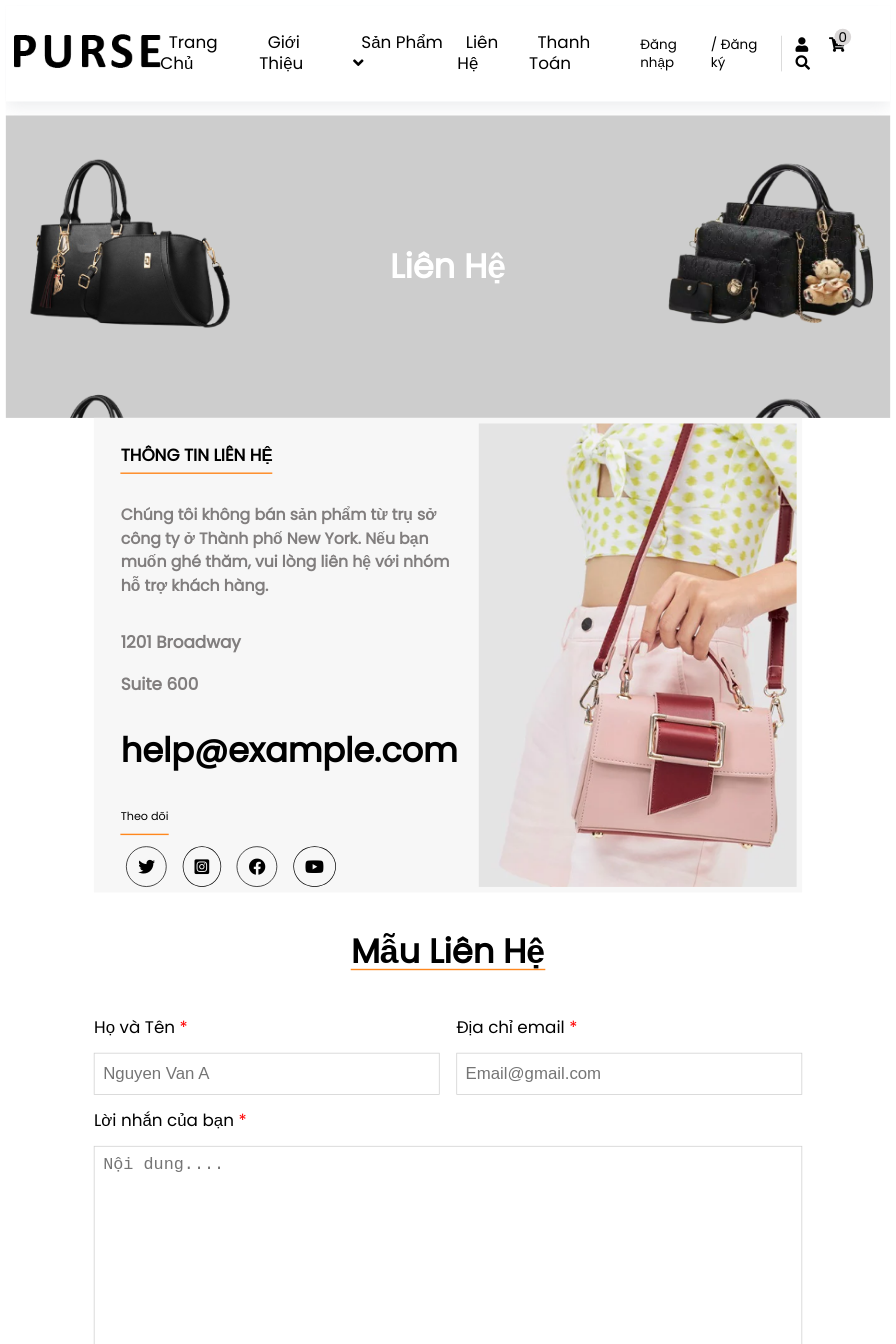
Repository: minh352623/project_firebase
Page: contact.html
An editor plug-in stored every save of this project. The page is shown before and after the next save, followed by the edit.
The browser window is 1280 px wide. The pictures show the part of the page from y = 0 to 1920 px (the page is 2960 px tall before and 2910 px after), at 70% of full size.
Some web libraries are served in a nearby version.

Above is the page before, as saved 2022-05-12 20:14:17.

### contact.html
<!DOCTYPE html>
<html lang="en">

<head>
  <meta charset="UTF-8" />
  <meta http-equiv="X-UA-Compatible" content="IE=edge" />
  <meta name="viewport" content="width=device-width, initial-scale=1.0" />
  <link rel="icon" href="./assets/img/logo.webp">

  <link rel="stylesheet" href="https://cdnjs.cloudflare.com/ajax/libs/font-awesome/5.15.4/css/all.min.css"
    integrity="sha512-1ycn6IcaQQ40/MKBW2W4Rhis/DbILU74C1vSrLJxCq57o941Ym01SwNsOMqvEBFlcgUa6xLiPY/NS5R+E6ztJQ=="
    crossorigin="anonymous" referrerpolicy="no-referrer" />
  <link rel="preconnect" href="https://fonts.googleapis.com" />
  <link rel="preconnect" href="https://fonts.gstatic.com" crossorigin />
  <link href="https://fonts.googleapis.com/css2?family=Poppins&display=swap" rel="stylesheet" />
  <link rel="stylesheet" href="./assets/css/base.css" />
  <link rel="stylesheet" type="text/css" href="https://cdn.jsdelivr.net/npm/slick-carousel@1.8.1/slick/slick.css" />
  <link rel="stylesheet" href="./assets/css/main.css" />
  <link rel="stylesheet" href="./assets/css/contact.css">
  <link rel="stylesheet" href="./assets/css/reponsive.css">

  <title>Liên Hệ</title>
</head>

<body>
  <div class="app">
    <div class="header">
      <div class="navbar">
        <div class="icon-mobile-menu">
          <i class="fas fa-align-left"></i>
        </div>
        <div class="navbar-logo">
          <a href="#">
            <img src="./assets/img/logo.webp" alt="" />
          </a>
        </div>
        <div class="navbar-link ">
          <ul class="navbar-link-list">
            <li class="navbar-link-item mobile-hello"></li>

            <li><a href="trangchu.html" class="navbar-link-item">Trang Chủ</a></li>
            <li><a href="introduce.html" class="navbar-link-item">Giới Thiệu</a></li>
            <li class="link-hover">
              <a href="./product.html" class="navbar-link-item">Sản Phẩm<i class="fas fa-angle-down"></i></a>
              <ul class="product-selsect">
                <li><a href="">Yêu Thích</a></li>
                <li><a href="">Giảm Giá</a></li>
              </ul>
            </li>
            <li><a href="contact.html" class="navbar-link-item">Liên Hệ</a></li>
            <li><a href="" class="navbar-link-item">Thanh Toán</a></li>
            <li><a href="./register.html" class="navbar-link-item delete-log mobile-register">Đăng ký</a></li>
            <li><a href="./index.html" class="navbar-link-item delete-log mobile-login">Đăng nhập</a></li>
            <li><a href="./index.html" class="navbar-link-item mobile-exit">Thoát</a></li>
          </ul>
        </div>

        <div class="navbar-icon">
          <div class="navbar-log">
            <div class="log-in">
              <span>
                <a class="log-in-icon" href="./index.html">
                  Đăng nhập
                </a>
              </span>
            </div>
            <div class="register">
              <span class="register-char">/</span>
              <span><a class="register-icon" href="./register.html">Đăng ký</a></span>
            </div>
          </div>
          <div class="hello ">
            <span>Chào!</span>
            <span class="name-user "></span>
            <span >|</span>
            <a href="./index.html" class="exit">Thoát</a>
          </div>
          <div class="navbar-icon-list">
            <a href="./user.html " class="navbar-icon-item user-icon">
              <i class="fas fa-user"></i>
            </a>
            <span class="navbar-icon-item cart">
              <i class="fas fa-cart-plus"></i>
              <span class="quantity-item">0</span>

            </span>
            <span class="navbar-icon-item search">
              <i class="fas fa-search"></i>
            </span>
          </div>
        </div>
      </div>
    </div>

    <div class="main">
      <div class="contact-banner">
        <h2 class="contact-title">
          Liên Hệ
        </h2>
        <div class="contact-link none">
          <span>Trang chủ</span>
          <span>></span>
          <span>Liên hệ</span>

        </div>
      </div>
      <div class="contact-container">
        <div class="contact-top">
          <div class="contact-top__layout">
            <div class="contact-info">
              <h2 class="contact-info-border">THÔNG TIN LIÊN HỆ</h2>
              <p class="contact-content">Chúng tôi không bán sản phẩm từ trụ sở công ty
                ở Thành phố New York. Nếu bạn muốn ghé thăm, vui lòng liên hệ với nhóm hỗ trợ khách hàng.</p>
              <div>

                <p>1201 Broadway</p>
                <p> Suite 600</p>
              </div>
              <h2 class="contact-email">help@example.com</h2>
              <p class="contact-info-border">Theo dõi</p>

              <div class="contact-info__icon">
                <span class="contact-info__icon-tw">
                  <i class="fab fa-twitter"></i>
                </span>
                <span class="contact-info__icon-insta">
                  <i class="fab fa-instagram-square"></i>
                </span>
                <span class="contact-info__icon-face">
                  <i class="fab fa-facebook"></i>
                </span>
                <span class="contact-info__icon-youtube">
                  <i class="fab fa-youtube"></i>
                </span>
              </div>


            </div>
            <div class="contact-images ">
              <img src="./assets/img/contact/contact-bn2.png" alt="">
            </div>
          </div>

        </div>
        <div class="contact-form">
          <h1>Mẫu Liên Hệ</h1>
          <form class="contact-form-content">
            <div class="contact-form-content-top">
              <div class="contact-form-content-left">
                <div class="contact-form-content-item">
                  <p>Họ và Tên</p>
                  <span>*</span>
                </div>
                <input required type="text" placeholder="Nguyen Van A">
              </div>
              <div class="contact-form-content-right">
                <div class="contact-form-content-item">
                  <p>Địa chỉ email</p>
                  <span>*</span>
                </div>
                <input required type="email" placeholder="Email@gmail.com">
              </div>
            </div>
            <div class="contact-form-content-bot">
              <div class="contact-form-content-item">
                <p>Lời nhắn của bạn</p>
                <span>*</span>
              </div>
              <textarea required name="" id="" cols="50" rows="15" placeholder="Nội dung...."></textarea>
            </div>
            <div class="contact-form-content-btn">
              <button type="submit">GỬI</button>
            </div>

          </form>
        </div>

      </div>
      <div class="contact-instagram">
        <div class="contact-instagram-list">
          <div class="contact-instagram-list-item">
            <img src="./assets/img/contact/instagram1.webp" alt="">
            <div class="contact-instagram-list-item-hover">
              <i class="fab fa-instagram"></i>
            </div>
          </div>
          <div class="contact-instagram-list-item">
            <img src="./assets/img/contact/instagram2.webp" alt="">
            <div class="contact-instagram-list-item-hover">
              <i class="fab fa-instagram"></i>
            </div>
          </div>
          <div class="contact-instagram-list-item">
            <img src="./assets/img/contact/instagram3.webp" alt="">
            <div class="contact-instagram-list-item-hover">
              <i class="fab fa-instagram"></i>
            </div>
          </div>
          <div class="contact-instagram-list-item">
            <img src="./assets/img/contact/instagram4.webp" alt="">
            <div class="contact-instagram-list-item-hover">
              <i class="fab fa-instagram"></i>
            </div>
          </div>
          <div class="contact-instagram-list-item">
            <img src="./assets/img/contact/instagram5.webp" alt="">
            <div class="contact-instagram-list-item-hover">
              <i class="fab fa-instagram"></i>
            </div>
          </div>
          <div class="contact-instagram-list-item">
            <img src="./assets/img/contact/instagram6.webp" alt="">
            <div class="contact-instagram-list-item-hover">
              <i class="fab fa-instagram"></i>
            </div>
          </div>
          <div class="contact-instagram-list-item">
            <img src="./assets/img/contact/instagram7.webp" alt="">
            <div class="contact-instagram-list-item-hover">
              <i class="fab fa-instagram"></i>
            </div>
          </div>



        </div>


      </div>

    </div>

    <div class="footer">
      <div class="footer-content">
        <div class="footer-content-item">
          <div class="footer-content-img">
            <img src="./assets/img/logo.webp" alt="">
          </div>
          <p>Đơn giản tinh tế cho tâm trí độc lập</p>
          <div class="footer-content-icon">
            <a href="#"><i class="fab fa-twitter"></i></a>
            <a href="#"><i class="fab fa-facebook"></i></a>

            <a href="#"><i class="fab fa-instagram-square"></i></a>

          </div>
        </div>
        <div class="footer-content-item">
          <div class="footer-content-item-title">
            <span>Trợ Giúp & Thông Tin</span>
            <ul class="footer-content-item-list">
              <li>Hướng dẫn mua hàng</li>
              <li>Hướng dẫn thanh toán</li>
              <li>Chính sách bảo hành</li>
              <li>Chính sách đổi trả</li>
              <li>Tư vấn khách hàng</li>
            </ul>
          </div>
        </div>
        <div class="footer-content-item">
          <div class="footer-content-item-title">
            <span>Về Chúng Tôi</span>
            <ul class="footer-content-item-list">
              <li>Giới thiệu</li>
              <li>Tin khuyến mãi</li>
              <li>Liên hệ</li>
              <li>Địa chỉ cửa hàng</li>
              <li>Chính sách bảo mật </li>
            </ul>
          </div>
        </div>
        <div class="footer-content-item">
          <div class="footer-content-item-title">
            <span>Hỗ trợ khách hàng</span>
            <ul class="footer-content-item-list">
              <li>Tài khoản</li>
              <li>Giỏ hàng</li>
              <li>Thanh toán</li>
              <li>Kiểm tra đơn hàng</li>
              <li>Cảm nhận khách hàng</li>
            </ul>
          </div>
        </div>

      </div>



    </div>
  </div>
  <div class="model-cart ">
    <div class="cart-container">
      <div class="cart-top">
        <div class="clear cart-top-close">
          <i class="fas fa-times"></i>
        </div>
        <div class="cart-top-title">
          <span>Giỏ Hàng</span>
        </div>
        <div class="cart-top-quantity">
          <span>1</span>
        </div>

      </div>

      <div class="array-empty"></div>
      <div class="cart-center">
      </div>

      <div class="cart-bottom">
        <div class="cart-bottom-price">
          <span>Tổng tiền:</span>
          <span class="total-price">0</span>
        </div>

        <div class="cart-bottom-btn">
          <a href="#"> <button>Xem giỏ hàng</button></a>
          <a href="#"> <button>Thanh toán</button></a>

        </div>
      </div>
    </div>

  </div>

  <script type="text/javascript" src="https://code.jquery.com/jquery-1.11.0.min.js"></script>
  <script type="text/javascript" src="https://code.jquery.com/jquery-migrate-1.2.1.min.js"></script>
  <script type="text/javascript" src="https://cdn.jsdelivr.net/npm/slick-carousel@1.8.1/slick/slick.min.js"></script>
  <script src="./js/slick.js"></script>
  <script src="./js/main.js" type="module"></script>
  <script src="./js/user.js"></script>

</body>

</html>

### assets/css/base.css
:root{
    --background-main:#e4e4e4;
    --hover-color:#ff871d ;
    --white-color:#fff;
    --text-color: #000;

}

*{
    box-sizing:  border-box;
}

html{
    /* 16px */
    font-size: 100%;
    line-height: 1.6rem;
    font-family: 'Poppins', sans-serif;
    scroll-behavior: smooth;
}

### assets/css/main.css

.app {
    overflow: hidden;
}
/* HEADER */
.header{
    left: 0;
    right: 0;
    top: 0;
    z-index: 999;
}

.navbar{
    display: flex;
    justify-content: space-between;
    align-items: center;
    background-color: var(--white-color);
    padding: 24px 12px;
    box-shadow: rgba(149, 157, 165, 0.2) 0px 8px 24px;
}
.navbar-logo a{
 text-decoration: none;
}
.navbar-link-list{
    display: flex;
    align-items: center;
    padding-left: 0;
    list-style: none;
}
.navbar-link-item{
    text-decoration: none;
    padding: 8px 12px;
    font-size: 1.5rem;
    color: var(--text-color);
}
.navbar-icon{
    display: flex;
    align-items: center;
    font-size: 1.3rem;
    color: var(--text-color);

}

.navbar-log{
    display: flex;
    align-items: center;
    font-size: 1.2rem;
    border-right: 1px solid #ccc;
    padding-right: 12px;
    color: var(--text-color);


}
.log-out-char{
    margin: 0 4px;
}

.log-in-icon,
.register-icon{
    text-decoration: none;
    color: var(--text-color);

}
.navbar-icon-list{
    margin-left: 12px;
}
.navbar-icon-item{
    padding: 0 8px;
}

.navbar-link-item:hover,
.register-icon:hover,
.log-in-icon:hover,
.navbar-icon-item:hover{
    color: var(--hover-color);
}

.link-hover{
    position: relative;
}
.link-hover:hover .product-selsect{
    display: block;
    z-index: 1;
}
.product-selsect{
    position: absolute;
    background-color: var(--white-color);
    box-shadow: rgba(149, 157, 165, 0.2) 0px 8px 24px;
    padding: 12px;
    width: 200px;
    list-style: none;
    cursor: pointer;
    display: none;
}
.product-selsect a{
    text-decoration: none;
    font-size: 1.2rem;
    padding: 12px 4px;
    color: var(--text-color);
}
.product-selsect a:hover{
    color: var(--hover-color);
}
.product-selsect li{
    margin: 20px 0;
}

.cart{
    position: relative;
    margin: 0 8px;
}
.quantity-item{
    width: 24px;
    height: 24px;
    position: absolute;
    top: -8px;
    right: 0;
    text-align: center;
    font-size: 1.2rem;
    background-color:rgb(218, 215, 215);
    border-radius: 50%;
}
/* main */
.main{
    margin: 20px 0 50px;

}
.main-banner{
    display: grid;
    grid-template-columns: 3fr 1fr;
    grid-gap: 0 24px;
}
.slick-arrow{
    position: absolute;
    top: 50%;
    z-index: 1;
    width: 60px;
    height: 60px;
    border-radius: 50%;
    border: none;
    cursor: pointer;
    background-color: var(--white-color);
}

.slick-arrow i{
    font-size: 40px;

}
.main-banner .main-banner-left{
    overflow: hidden;
    width: 100% !important;
}
.slick-arrow:hover{
    background-color: var(--hover-color);
    color: var(--white-color);
}
.slick-track,
.slick-list{
    width: 100%;
    height: 100%;

}
.main-banner-right-img{
    overflow: hidden;
    border-radius: 24px;
    position: relative;



}
.main-banner-right-img img,
.main-banner-left-img img{
    width: 100%;
    height: 100%;
    object-fit: cover;
    border-radius: 24px;
    transition: all ease 0.25s;

}
.slick-next{
 right: 0;
}
.slick-prev{
    left: 0;
   }
.main-banner-right{

    display: grid;
    grid-gap: 24px 0;
    grid-template-columns: 1fr;
}
.main-banner-right-img img:hover{
    transform: scale(1.1);
    border-radius: 24px;

}
.hover2:hover::after,
.hover2:hover::before{
    width:50%;
}

.hover2::before,
.hover2::after{
    content: "";
    position: absolute;
    display: block;
    top: 0;
    width: 0;
    bottom: 0;
    background-color: #333;
    opacity: 0.2;
    z-index: 1;
    transition: all ease 0.8s;
    -webkit-transition: all 0.4s ease;
}
.hover2::before{
    left: 0;
}
.hover2::after{
    right: 0;
}
.main-conent{
    display: grid;
    grid-template-columns: 1fr 1fr;
    margin: 48px 0;

}
.main-content-img img{
    border-radius: 24px;
    width: 100%;

}
.main-content-text{
    display: flex;
    flex-direction: column;
    justify-content: center;
    align-items: center;
    padding: 0 100px ;
    line-height: 1.2;
}
.main-content-text h1{
    font-size: 3rem;
}
.main-content-text p{
    font-size: 1.2rem;
    text-align: justify;
    line-height: 1.2;
}
.main-content-text button{
    width: 200px;
    height: 60px;
    font-size: 1.3rem;
    background-color: var(--white-color);
    color: var(--text-color);
    cursor: pointer;
    border: 3px solid #000;
}
.main-content-text button:hover{
    background-color: var(--text-color);
    color: var(--white-color);
}

.product-container{
    display: flex;
    flex-direction: column;
}

.product-container-title{
    text-align: center;
    border-bottom: 2px solid #ff871d ;
    display: inline-block;
    margin: 50px auto;
    font-size: 2rem;
    padding: 12px 0;
    font-weight: 400;
}
.main-product{
    display: grid;
    grid-template-columns: repeat(4,1fr);
    grid-gap: 32px 24px;
    height: 188vh;
    overflow: hidden;
    transition: all 0.25s ease;
}

.main-product.height-auto{
    height: auto;
    transition: all 0.25s ease;


}
.main-product-item{
    width: 100%;

    text-align: center;
}
.main-product-item-img{
    position: relative;

}

.main-product-item-img img{
    width: 100%;
    height: 550px;
    object-fit: cover;
    border-radius: 8px;
}
.main-product-item-price{
    color: var(--hover-color);
}
.main-product-item-name,
.main-product-item-price{
    font-size: 1.2rem;
    padding: 8px 0;
}
.product-container-btn {
    text-align: center;
    margin: 24px 0;

}


.product-container-btn button{
    padding: 25px 75px;
    background-color: var(--text-color);
    color: var(--white-color);
    font-size: 1.3rem;
    border: none;
    cursor: pointer;

}
.product-container-btn button:hover{
    background-color: var(--hover-color);
}
.main-product-item-img-icon{
    position: absolute;
    left: 50%;
    bottom: 20px;
    transform: translateX(-50%);
    font-size:1.5rem;
    display: flex;
    justify-content: space-around;
    width: 70%;
    opacity: 0;
    visibility: hidden;
    transition: all 0.25s ease-in;
    cursor: pointer;
}
.main-product-item-img:hover .main-product-item-img-icon{
    bottom: 60px;
    opacity: 1;
    visibility: visible;
}


.icon{
    border-radius: 50%;
    background-color: var(--white-color);
    padding: 16px;
}
.icon:hover{
    background-color: var(--hover-color);
    color: var(--white-color);

}
.main-time{
    text-align: center;
    background-image: url("../img/bg.webp");
    background-attachment: fixed;
    background-repeat: no-repeat;
    background-size: cover;
    height: 80vh;
    display: flex;
    flex-direction: column;
    justify-content: center;
}
.main-time h3{
    font-size:1.5rem;
}
.main-time h1{
    font-size:4rem;

}

.main-time-content{
    margin: 100px 0;

}

.main-time-content-count{
    padding: 70px;
    background-color: var(--white-color);
    margin: 0 25px;
    font-size: 3rem;
}

.main-blog{
    text-align: center;
}



.main-blog-list{
    display: grid;
    grid-template-columns: repeat(3 ,1fr);
    grid-gap: 0 24px;
}
.main-blog-item-img img{
    width: 100%;
    height: 100%;
    object-fit: cover;
}
.main-blog-content-new{

    color: #83868c;
    font-size: 1.3rem;
    padding: 12px 0;
}
.main-blog-content-show span:hover,
.main-blog-content-new span:hover{
    color: #ff871d;
    cursor: pointer;
}
.main-blog-content-show{
    font-size: 1.8rem;
    padding: 12px 0 24px;



}

.main-blog-content-show span{

    border-bottom: 2px solid #ff871d;
    border-width:fit-content;
    padding-bottom: 8px;
}
.main-blog-content-story{
    font-size: 1.2rem;
    color: #83868c;
line-height: 1.7;
}

.footer{
    padding-top: 100px;
    border-top: 2px solid #ccc;
}

.footer-content{
    display: grid;
    grid-template-columns: repeat(4, 1fr);
}

.footer-content-item p{
    font-size: 1.2rem;
}
.footer-content-icon a{
    padding: 0 12px;
    font-size: 1.5rem;
    text-transform: none;
    color: #000;
}

.footer-content-item-list{
    padding-left: 0;
}
.footer-content-item-list li{
    list-style: none;
    font-size: 1.2rem;
    padding: 8px 0;
    transition: all 0.25s linear;
    cursor: pointer;
}

.footer-content-item-list li:hover{
    border-bottom: 2px solid #ff871d;
    display: inline-block;
}
.footer-content-item-title{
    font-size: 1.6rem;
}
.footer-content-item-title span{
    border-bottom: 3px solid #000;

}
.footer-content-item{
    padding: 0 12px;
}
/* MODEL CART */
.model-cart {
    position: fixed;
    width: 100%;
    top: 0;
    left: 0;
    right: 0;
    bottom: 0;
    z-index: 999;
    background-color: rgba(0, 0, 0, 0.4);
    visibility: hidden;
}

.model-cart.active{
    visibility: visible;
}
.model-cart.active .cart-container{
    transform: translateX(0);

}
.cart-container{
    width: 380px;
    position: absolute;
    right: 0;
    background-color: #fff;
    padding: 0 12px;
    top: 0;
    bottom: 0;
    transform: translateX(100%);
    transition: all 0.5s ease;



}
.cart-center-item-img img{
    width: 100%;
    height: 100%;
    object-fit: cover;
}
.cart-top{
    display: flex;
    justify-content: space-between;
    margin: 0 -12px;


}
.cart-top>div{
 border: 1px solid rgb(229, 225, 225);
}
.cart-top-quantity span,
.cart-top-close {
    padding: 12px;
   display: flex;
   justify-content: center;
   align-items: center;
}
.cart-top-close:hover{
    color: var(--white-color);
    background-color:#ff871d;
}
.cart-top-title{
    flex: 1;
    display: flex;
    justify-content: center;
    align-items: center;


}
.cart-center{
    max-height: 80vh;
    min-height: 75vh;
    overflow-y: auto;
}
.cart-center-item{
    margin: 12px 0;
    display: grid;
   grid-template-columns: 1fr 2fr;
    grid-gap: 8px 0;
    border-bottom: 1px solid rgb(229, 225, 225);
}
.cart-center-item-img img{
    width: 100px;
    height: 100px;
    object-fit: cover;
}

.cart-center-info-name{
    display: flex;
    justify-content: space-between;
}

.cart-bottom-price{
    display: flex;
    justify-content: space-between;
    padding: 12px 4px;
    margin: 0 -12px;
    background-color: #ccc;
    color: #000;
}
.cart-bottom-btn{
    display: grid;
    grid-template-columns: 1fr 1fr;
    margin: 0 -12px;

}
.cart-bottom-btn a button{

    width: 100%;
    padding: 24px 12px;
    background-color: #000;
    color: white;
    font-size: 18px;
    cursor: pointer;
}

.cart-center-info-name-clear i{
    font-size: 20px;
}

.cart-center-info-name-clear i:hover{
    cursor: pointer;
    /* background-color: red; */
    color: red;
   transform: scale(1.2);
}
.user-icon{
    text-decoration: none;
    color: #000;
}
.icon-mobile-menu {
    display: none;
}
.icon-mobile-menu i{
    font-size: 2rem;

}
.none{
    display: none !important;
}
.exit{
    text-decoration: none;
    color: #000;

}
.exit:hover{
    color: #ff871d;
}
.mobile-hello,
.delete-log,
.mobile-exit{
    display: none;
}

Loaded but not shown: js/main.js (210 lines, source omitted); js/data.js (167 lines, source omitted); js/user.js (50 lines, source omitted); js/slick.js (33 lines, source omitted); assets/css/reponsive.css (195 lines, source omitted); assets/css/contact.css (191 lines, source omitted)

After the next save:
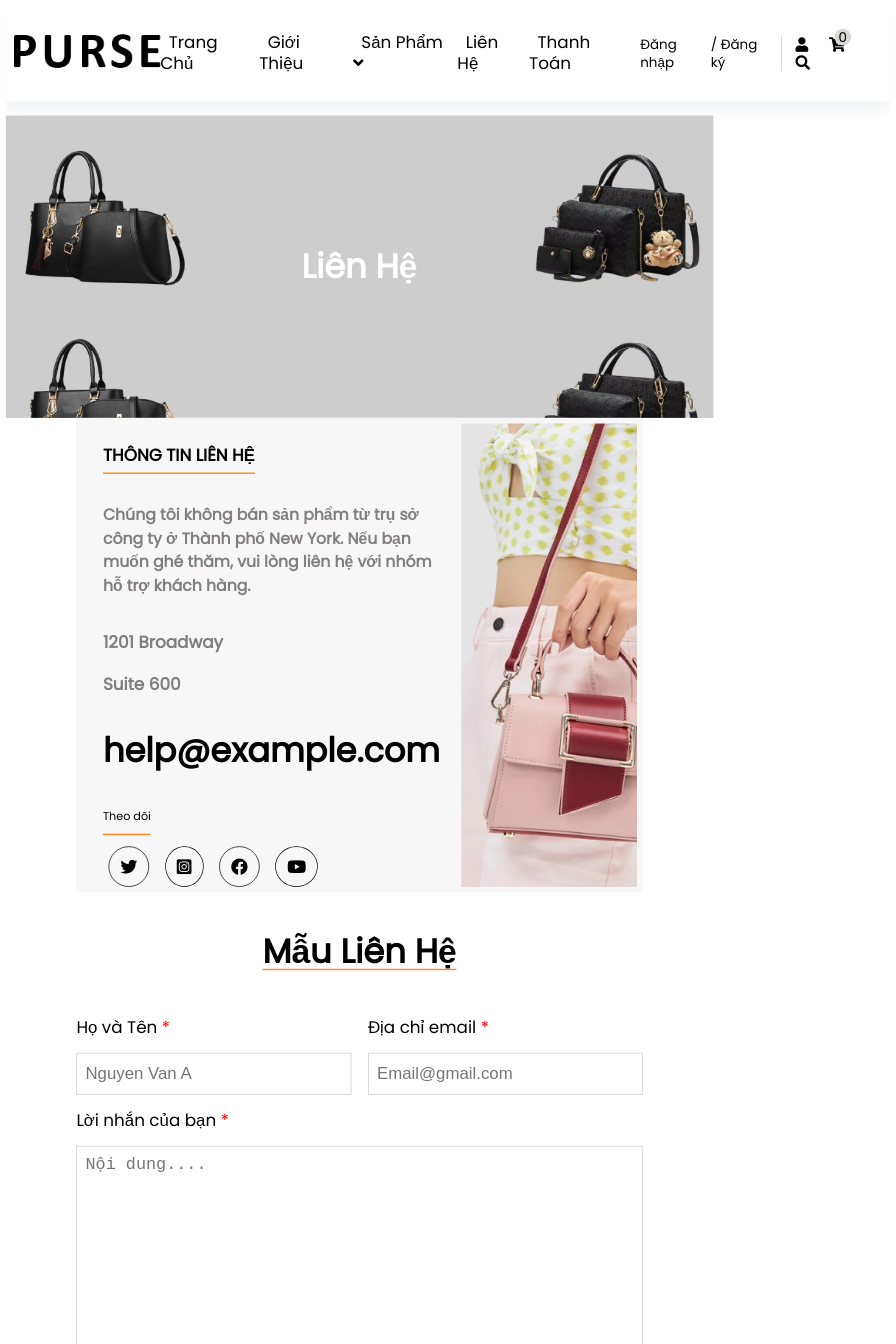
Saved 86 s later.
--- a/assets/css/main.css
+++ b/assets/css/main.css
@@ -123,7 +123,7 @@
 /* main */
 .main{
     margin: 20px 0 50px;
-
+    width: 80%;
 }
 .main-banner{
     display: grid;
